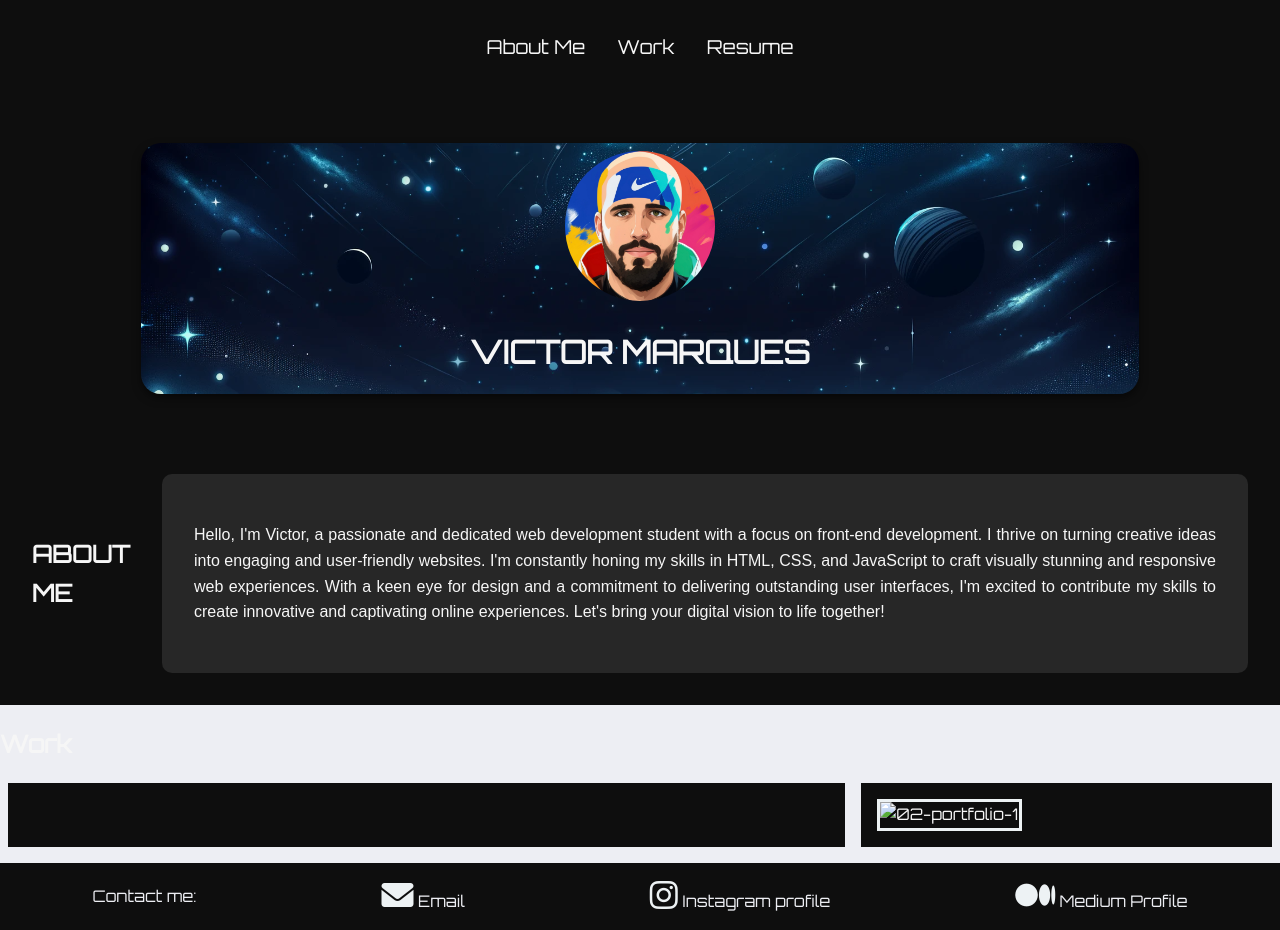
Repository: uvee35/Challenge2-Victor
Page: index.html
These files come from the project's save history. The page is drawn as it stood at one moment and after the next save; the edit follows.
The browser window is 1280 px wide. The pictures show the whole page.

Above is the page before, as saved 2023-12-11 23:13:05.
Not found: /Challenge2-Victor/assets/02-portfolio-1.jpg

After the next save:
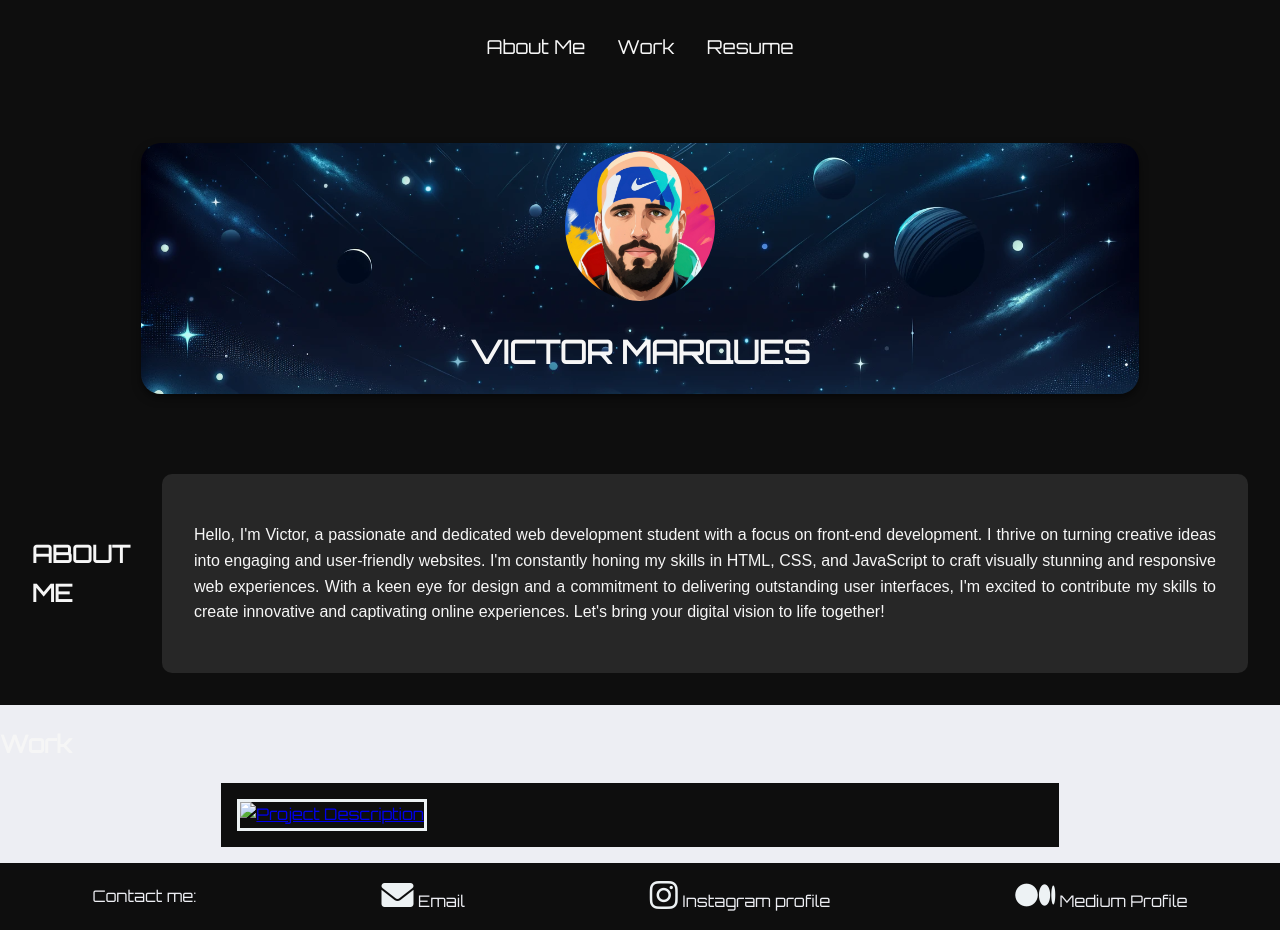
Not found: /Challenge2-Victor/assets/02-portfolio-4.jpg
Saved 19 h 49 min later.
--- a/index.html
+++ b/index.html
@@ -60,14 +60,14 @@
       <section class="page-section" id="work">
         <h2>Work</h2>
         <div class="work__projects">
-          <a class="project project--featured"></a>
-          <div class="project">
+          <!-- Link wrapping the image -->
+          <a href="your-destination-url" class="project project--featured">
             <img
-              src="..//Challenge2-Victor/assets/02-portfolio-1.jpg"
-              alt="02-portfolio-1"
+              src="..//Challenge2-Victor/assets/02-portfolio-4.jpg"
+              alt="Project Description"
+              class="work__image"
             />
-            <!-- Other project content -->
-          </div>
+          </a>
           <!-- Repeat for other projects as necessary -->
         </div>
       </section>
